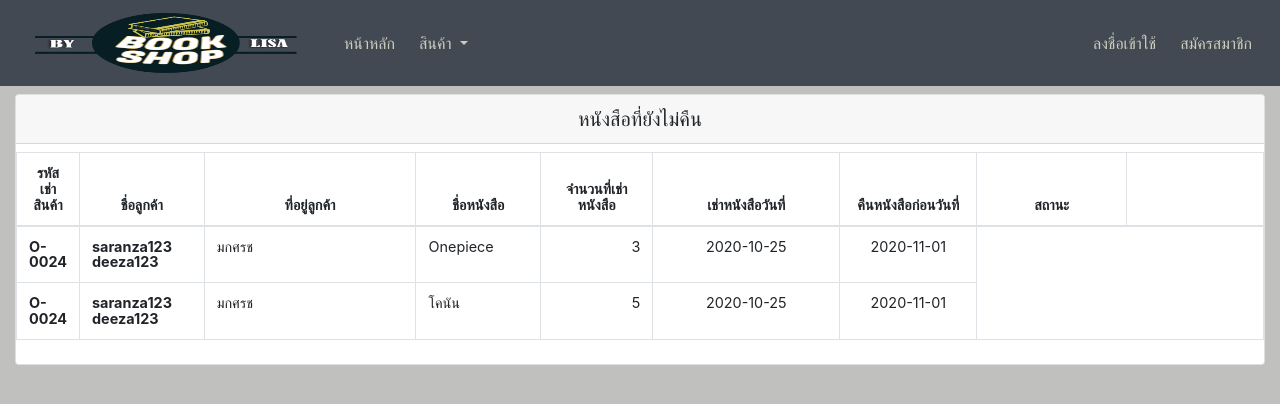
Repository: peawza/shopbook
Page: http://localhost/returnproduct.php?Order_id=24
The author's editor kept a copy of each file at every save. The page is drawn from the files as they stood at one save, then again after the next save.
The browser window is 1280 px wide. The pictures show the whole page.
The page is run by PHP 8.4 with error messages shown; the project is at /var/www/html/. Other server files are loaded and not shown. The database holds what the project's SQL file puts in it.

Above is the page before, as saved 2020-10-01 11:18:29.

### returnproduct.php
<!DOCTYPE html>
<html lang="en">

<head>
    <meta charset="UTF-8">
    <meta name="viewport" content="width=device-width, initial-scale=1.0">
    <title>Document</title>
    <?php
    require_once('php/condbbook.php');
    include('include\importcss.php');
    include('include\navber.php');
    //echo '<pre>';
    //print_r($_SESSION);
    //$_SESSION['ses_php_var'] = $_GET['sendVal'];
    //$_SESSION['ses_php_var'] = $_POST['sendVal'];
    //$_SESSION['Typeid'] = $_POST['Typeid'];
    //print_r($_POST);
    //print_r($_GET);
    //echo '<pre>';

    ?>
</head>

<body>
    <div class="container-fluid py-2">
        <div class="card ">
            <h5 class="card-header text-center">หนังสือที่ยังไม่คืน</h5>

            <div class="py-2">
                <table class="table table-bordered table-responsive-sm">
                    <thead>
                        <tr>
                            <th width="5%" class="text-center">รหัสเช่าสินค้า</th>
                            <th width="10%" class="text-center">ชื่อลูกค้า</th>
                            <th width="17%" class="text-center">ที่อยู่ลูกค้า</th>
                            <th width="10%" class="text-center">ชื่อหนังสือ</th>
                            <th width="9%" class="text-center">จำนวนที่เช่าหนังสือ</th>
                            <th width="15%" class="text-center">เช่าหนังสือวันที่</th>
                            <th width="11%" class="text-center">คืนหนังสือก่อนวันที่</th>
                            <th width="12%" class="text-center">สถานะ</th>
                            <th width="12%" class="text-center"></th>

                        </tr>
                    </thead>
                    <tbody>
                        <?php
                        /*
                    [0] => 1
                    [orders_id] => 1
                    [1] => 4
                    [User_ID] => 4
                    [2] => ฟหดกหฟดกหฟด
                    [Order_addressuser] => ฟหดกหฟดกหฟด
                    [3] => 2464
                    [orders_renttotal] => 2464
                    [4] => 0
                    [orders_returntotal] => 0
                    [5] => 2464
                    [orders_sumtotal] => 2464
                    [6] => 0
                    [orders_iscomplete] => 0
                    [7] => 4
                    [8] => user
                    [User_Username] => user
                    [9] => $2y$10$fB6aRvLojb8vG3ukgnwcle6rynH6hiaSNAOSCfskrj2DL4A6y8HM6
                    [User_Password] => $2y$10$fB6aRvLojb8vG3ukgnwcle6rynH6hiaSNAOSCfskrj2DL4A6y8HM6
                    [10] => ศุภชัย
                    [User_Firstname] => ศุภชัย
                    [11] => แจ้งอรุณ
                    [User_Lastname] => แจ้งอรุณ
                    [12] => 0970562607
                    [User_Telephonenumber] => 0970562607
                    [13] => agileza_555@hotmail.com
                    [User_Email] => agileza_555@hotmail.com
                    [14] => 9091310863447.jpg
                    [User_Photo] => 9091310863447.jpg
                    [15] => 2020-09-26
                    [User_Createdate] => 2020-09-26
                    [16] => admin
                    [User_Type] => admin
                    [17] => 1
                    [orderrent_id] => 1
                    [18] => 4
                    [orderrent_productid] => 4
                    [19] => 1
                    [orderrent_amount] => 1
                    [20] => 1232
                    [orderrent_totalprice] => 1232
                    [21] => 2020-09-30
                    [orderrent_rentdate] => 2020-09-30
                    [22] => 2020-10-20
                    [orderrent_returndate] => 2020-10-20
                    [23] => 0
                    [orderrent_status] => 0
                    [24] => 4
                    [Product_ID] => 4
                    [25] => 3
                    [Type_ID] => 3
                    [26] => sadsazzz
                    [Product_Name] => sadsazzz
                    [27] => asdasd
                    [Product_Details] => asdasd
                    [28] => 1232
                    [Product_Price] => 1232
                    [29] => 113
                    [Product_Balance] => 113
                    [30] => 2
                    [Product_rentday] => 2
                    [31] => 9091656962219.png
                    [Product_Photo] => 9091656962219.png
                    [32] => 2020-09-30
                    [Product_datesave] => 2020-09-30

                        */
                        if (isset($_GET['Order_id'])) {
                            $orderid = $_GET['Order_id'];
                            $selectproduct = "SELECT * FROM `orders`,`user`,`orderrent`,`product` WHERE `user`.`User_ID`=`orders`.`User_ID`AND`orders`.`orders_id`= `orderrent`.`orderrent_id`AND `product`.`Product_ID`=`orderrent`.`orderrent_productid` AND`orderrent`.`orderrent_id`= '" . $orderid . "'";
                            $resulproduct = mysqli_query($conn, $selectproduct);
                            while ($rowproduct = mysqli_fetch_array($resulproduct)) {
                                if ($rowproduct['orderrent_status'] == 0) {
                                    # code...


                        ?>

                        <tr>
                            <th><?php
                                            $code = sprintf('O-%04d', $rowproduct['orders_id']);
                                            echo $code ?>
                            </th>
                            <th><?php echo $rowproduct["User_Firstname"] . ' ' . $rowproduct['User_Lastname'] ?>
                            </th>
                            <td><?php echo $rowproduct["Order_addressuser"]  ?></td>
                            <td><?php echo $rowproduct["Product_Name"]  ?></td>
                            <td class="text-right"><?php echo $rowproduct["orderrent_amount"]  ?> </td>
                            <td class="text-center"><?php echo $rowproduct["orderrent_rentdate"]  ?></td>
                            <td class="text-center"><?php echo $rowproduct["orderrent_returndate"]  ?></td>
                        </tr>



                        <?php
                                }
                                //echo '<pre>';
                                //print_r($rowproduct);
                                //echo '<pre>';
                            }
                        } else {


                            echo 'null';
                        }


                        ?>
                    </tbody>
                    </thead>
                </table>
            </div>
        </div>
    </div>










</body>
<?php
include('include\importjavascript.php');
?>

</html>

### php/condbbook.php
<?php
session_start();
$conn = new mysqli('localhost', 'root', '1234', 'shopbook');
$conn->set_charset("utf8");
//$conn->query('set name utf8');
//echo $conn->connect_error;
if ($conn->connect_errno) {
    die("conmection Failed" . $conn->connect_error);
} /*else {
    die("OK Database");
}*/

//$conndata = new mysqli('localhost', 'root', '1234', 'shop');

### include/importcss.php
<link rel="stylesheet" href="node_modules/bootstrap/dist/css/bootstrap.min.css"> <!-- link เลือก css-->
<link rel="stylesheet" href="node_modules/font-awesome5/css/fontawesome-all.css">
<link rel="stylesheet" href="include/CSS/styles.css?v=<?php echo filemtime('include/CSS/styles.css'); ?>"
    type=" text/css">

<script src="https://www.google.com/recaptcha/api.js"></script>

<script src="https://ajax.googleapis.com/ajax/libs/jquery/2.2.0/jquery.min.js"></script>

<script src="https://maxcdn.bootstrapcdn.com/bootstrap/3.3.6/js/bootstrap.min.js"></script>

### include/importjavascript.php
<script src="node_modules/jquery/dist/jquery.min.js"></script> <!-- sc เลือก src -->
<script src="node_modules/popper.js/dist/umd/popper.min.js"></script>
<script src="node_modules/bootstrap/dist/js/bootstrap.min.js"></script>
<script src="node_modules/jquery-validation/dist/jquery.validate.min.js"></script>
<script src="include/JS/script.js?v=<?php echo filemtime('include/JS/script.js') ?>"></script>

### DB/shopbook.sql (the tables this page reads)
CREATE TABLE `orderrent` (
  `orderrent_id` int(11) NOT NULL,
  `orderrent_productid` int(11) NOT NULL,
  `orderrent_amount` int(11) NOT NULL,
  `orderrent_totalprice` int(11) NOT NULL,
  `orderrent_rentdate` date NOT NULL,
  `orderrent_returndate` date NOT NULL,
  `orderrent_status` int(11) NOT NULL
) ENGINE=InnoDB DEFAULT CHARSET=utf8mb4 COLLATE=utf8mb4_bin;

INSERT INTO `orderrent` (`orderrent_id`, `orderrent_productid`, `orderrent_amount`, `orderrent_totalprice`, `orderrent_rentdate`, `orderrent_returndate`, `orderrent_status`) VALUES
(21, 12, 1, 50, '2020-10-23', '2020-10-30', 1),
(21, 13, 1, 50, '2020-10-23', '2020-10-30', 1),
(21, 15, 1, 45, '2020-10-23', '2020-10-30', 1),
(21, 20, 1, 100, '2020-10-23', '2020-10-30', 1),
(22, 4, 3, 300, '2020-10-23', '2020-10-30', 1),
(23, 13, 1, 50, '2020-10-23', '2020-10-30', 1),
(24, 7, 3, 150, '2020-10-25', '2020-11-01', 0),
(24, 24, 5, 175, '2020-10-25', '2020-11-01', 0),
(25, 8, 10, 500, '2020-10-25', '2020-11-01', 1),
(26, 8, 10, 500, '2020-10-25', '2020-11-01', 1),
(27, 15, 40, 1800, '2020-10-25', '2020-11-01', 1),
(28, 4, 10, 1000, '2020-10-25', '2020-11-01', 1),
(29, 12, 1, 50, '2020-10-25', '2020-11-01', 1),
(29, 23, 10, 300, '2020-10-25', '2020-11-01', 1),
(30, 7, 1, 50, '2020-10-25', '2020-11-01', 1),
(30, 24, 1, 35, '2020-10-25', '2020-11-01', 1),
(31, 12, 1, 50, '2020-10-25', '2020-11-01', 1),
(31, 24, 1, 35, '2020-10-25', '2020-11-01', 1),
(31, 42, 1, 70, '2020-10-25', '2020-11-01', 1),
(32, 23, 1, 30, '2020-10-25', '2020-11-01', 1),
(33, 36, 10, 1000, '2020-10-25', '2020-11-01', 1),
(34, 51, 1, 200, '2020-10-25', '2020-11-04', 1),
(35, 51, 60, 12000, '2020-10-25', '2020-11-04', 1),
(36, 47, 70, 2100, '2020-10-25', '2020-11-01', 0),
(37, 25, 50, 2000, '2020-10-25', '2020-11-01', 0),
(38, 3, 1, 100, '2020-10-27', '2020-11-03', 1),
(39, 16, 1, 75, '2020-10-27', '2020-11-03', 1),
(40, 52, 10, 1000, '2020-10-27', '2020-11-03', 0),
(41, 51, 1, 200, '2020-10-27', '2020-11-06', 0);

ALTER TABLE `orderrent`
  ADD PRIMARY KEY (`orderrent_id`,`orderrent_productid`) USING BTREE,
  ADD KEY `orderrent_productid` (`orderrent_productid`);

ALTER TABLE `orderrent`
  ADD CONSTRAINT `orderrent_ibfk_2` FOREIGN KEY (`orderrent_productid`) REFERENCES `product` (`Product_ID`),
  ADD CONSTRAINT `orderrent_ibfk_3` FOREIGN KEY (`orderrent_id`) REFERENCES `orders` (`orders_id`) ON DELETE CASCADE;

CREATE TABLE `orders` (
  `orders_id` int(11) NOT NULL,
  `User_ID` int(11) NOT NULL,
  `Order_addressuser` text COLLATE utf8mb4_bin NOT NULL,
  `orders_renttotal` float NOT NULL DEFAULT 0,
  `orders_returntotal` float NOT NULL DEFAULT 0,
  `orders_sumtotal` float NOT NULL,
  `orders_iscomplete` int(11) NOT NULL
) ENGINE=InnoDB DEFAULT CHARSET=utf8mb4 COLLATE=utf8mb4_bin;

INSERT INTO `orders` (`orders_id`, `User_ID`, `Order_addressuser`, `orders_renttotal`, `orders_returntotal`, `orders_sumtotal`, `orders_iscomplete`) VALUES
(21, 9, 'ชลบุรี', 245, 0, 245, 2),
(22, 9, '', 300, 0, 300, 2),
(23, 9, '123', 50, 0, 50, 2),
(24, 10, 'มกศรช', 325, 0, 325, 0),
(25, 9, 'sdafffsdfdsafdsagdasgaasdfdsag', 500, 0, 500, 2),
(26, 9, 'หฟกหฟกหฟกหฟกกหฟ', 500, 0, 500, 2),
(27, 9, 'adsdsa', 1800, 1500, 3300, 2),
(28, 9, 'asdasdsa', 1000, 1000, 2000, 2),
(29, 11, 'มกศรช', 350, 0, 350, 2),
(30, 11, 'มกศรช ผฟกหกห', 85, 170, 255, 2),
(31, 11, 'ชลบุรี', 155, 0, 155, 2),
(32, 11, '123132', 30, 0, 30, 2),
(33, 11, '123', 1000, 0, 1000, 2),
(34, 11, '123123\r\n', 200, 0, 200, 2),
(35, 11, '1111\r\n\r\n', 12000, 0, 12000, 2),
(36, 11, 'ชลบุรี', 2100, 0, 2100, 0),
(37, 11, 'ชลบุรี', 2000, 0, 2000, 0),
(38, 9, 'ชลบุรี', 100, 0, 100, 2),
(39, 9, 'มก', 75, 150, 225, 2),
(40, 9, 'มก', 1000, 0, 1000, 0),
(41, 12, 'asd', 200, 0, 200, 0);

ALTER TABLE `orders`
  ADD PRIMARY KEY (`orders_id`),
  ADD KEY `User_ID` (`User_ID`);

ALTER TABLE `orders`
  ADD CONSTRAINT `orders_ibfk_1` FOREIGN KEY (`User_ID`) REFERENCES `user` (`User_ID`);

CREATE TABLE `product` (
  `Product_ID` int(11) NOT NULL,
  `Type_ID` int(11) NOT NULL,
  `Product_Name` text COLLATE utf8mb4_bin NOT NULL,
  `Product_Details` text COLLATE utf8mb4_bin NOT NULL,
  `Product_Price` float NOT NULL,
  `product_buy` int(11) DEFAULT NULL,
  `Product_Balance` int(11) NOT NULL,
  `Product_rentday` int(11) NOT NULL,
  `Product_Photo` text COLLATE utf8mb4_bin NOT NULL,
  `Product_datesave` date NOT NULL
) ENGINE=InnoDB DEFAULT CHARSET=utf8mb4 COLLATE=utf8mb4_bin;

INSERT INTO `product` (`Product_ID`, `Type_ID`, `Product_Name`, `Product_Details`, `Product_Price`, `product_buy`, `Product_Balance`, `Product_rentday`, `Product_Photo`, `Product_datesave`) VALUES
(3, 11, 'บุเพสันนิวาส', 'เกศสุรางค์ หญิงสาวร่างอ้วนจำต้องทะลุมิติไปในรัชกาลสมเด็จพระนารายณ์มหาราช ในร่างของแม่หญิงการะเกดผู้แสนร้ายกาจ และได้พบกับผู้คนมากมายทั้ง หมื่นสุนทรเทวา ผู้เป็นคู่หมั้นคู่หมายของการะเกด ออกญาโหราธิบดี ราชครูของพระนารายณ์ แม่มะลิ บุตรสาวของแขกฟานิกลูกครึ่งญี่ปุ่น โปรตุเกส และผู้คนอีกมากมาย', 100, 200, 10, 7, '9102909146241.jpg', '2020-10-23'),
(4, 11, 'ปริศนามหาเวทย์', 'ปริศนามหาเวทย์', 100, 200, 5, 7, '9102908113900.gif', '2020-10-20'),
(5, 11, 'Sea Witch', 'Sea Witch', 100, 200, 10, 7, '9102908766196.jpg', '2020-10-20'),
(7, 10, 'Onepiece', 'เป็นเรื่องราวในยุคทองของโจรสลัด โจรสลัดทุกคนมีเป้าหมายเดียวกันคือเพื่อค้นหา สมบัติที่เรียกว่า \"วันพีช\" ซึ่งผู้ใดสามารถค้นหาและครอบครองวันพีชอยู่ ผู้นั้นก็คือเจ้าแห่งโจรสลัด(ราชาโจรสลัด) โดยผู้ที่เคยครอบครองวันพีชนั้นมีอยู่คนเดียวตามที่เปิดเผยคือ เจ้าแห่งโจรสลัด โกลด์ ดี โรเจอร์ ซึ่งหลังจากที่ ได้ครอบครองวันพีซแล้ว โกลด์ ดี โรเจอร์ก็ได้มอบตัว และยอมรับโทษการประหารชีวิตที่เกาะโร๊คบ้านเกิดของตนนั่นเอง และก่อนตายโกลด์ ดี โรเจอร์ ได้ทิ้งคำพูดก่อนตายที่เปลี่ยนยุคสมัยของโจรสลัดว่า \"สมบัติของฉันหรอ อยากได้ก็เอาไปซิ ไปหาเอาเลย ฉันเอาทุกอย่างบนโลกไปไว้ที่นั่นหมดแล้ว\" แล้วเหล่า โจรสลัดทั้งหลายจึงมุ่งหน้าสู้แกรนด์ไลน์เพื่อตามหาวันพีซ', 50, 100, 6, 7, '9102907166680.jpg', '2020-10-23'),
(8, 10, 'Naruto', 'นารูโตะเป็นกำพร้าและไม่มีพี่น้อง เติบโตขึ้นโดยไม่รู้ว่าตนเองมีจิ้งจอกเก้าหางอยู่ภาย ในร่างกาย หลังจากสำเร็จการศึกษาเป็นนินจาชั้น เกะนิน (นินจาระดับล่าง) และปฏิบัติหน้าที่ภายใต้การควบคุมของ ฮาตาเกะ คาคาชิ ซึ่งเป็น โจนิน (นินจาระดับสูง) ฉายา ก๊อบปี้นินจา โดยมีสมาชิกร่วมทีมอีกสองคน คือ อุจิวะ ซาสึเกะ และ ฮารุโนะ ซากุระ', 50, 100, 10, 7, '9102907412301.jpg', '2020-10-23'),
(12, 10, 'Fairytail', 'นัตสึ ดรากูนีล\"ดราก้อนสเลเยอร์ไฟ ได้ออกเดินทางเพื่อตามหาอิกนิลหรือมังกรที่เปรียบเสมือนพ่อของนัตสึ ไปกับแมวบินได้และพูดได้ ชื่อ แฮปปี้ โดยระหว่างทางได้พบกับ\"ลูซี่ ฮาร์ทฟิเลีย\"สาวน้อยผู้อัญเชิญเทพแห่งดวงดาวและได้ตกลงเป็นเพื่อนกันเพราะลูซี่นั้นอยากเข้ากิลด์แฟรี่เทล', 50, 100, 10, 7, '9102906035329.png', '2020-10-23'),
(13, 13, 'Time', 'นิตยสาร TIME', 50, 150, 4, 7, '9104350156863.jpg', '2020-10-23'),
(14, 12, '51 คำถาามเพิ่มความรู้เรื่องอาชีพ', 'รวมประเด็นน่าสนใจเกี่ยวกับอาชีพ', 100, 150, 10, 7, '9104350802507.jpg', '2020-10-23'),
(15, 10, 'Doraemon', 'หุ่นยนเเมวที่ส่งมาช่วย โนบิตะ เพื่อให้อนาคตของเขาเปลื่ยนไป', 45, 75, 29, 7, '9104351707679.png', '2020-10-23'),
(16, 10, '3ก๊ก', 'ตำนานของวีรบุรุษที่จะรวมเเผ่นดินทั้ง3เป็น1', 75, 150, 19, 7, '9104352222267.jpg', '2020-10-23'),
(17, 12, '30 สิ่งมหัศจรรย์ของโลกที่น่ารู้', 'สิ่งมหัศจรรย์ของโลก', 50, 100, 5, 7, '9104352622959.jpg', '2020-10-23'),
(18, 12, 'เกร็ดความรู้เเละภาษาอาเซียน', 'ความรู้เเละภาษาอาเซียน', 80, 150, 9, 7, '9104353026534.jpg', '2020-10-23'),
(19, 13, 'BAZAAR', 'BAZAAR', 50, 190, 10, 7, '9104353499954.jpg', '2020-10-23'),
(20, 12, 'วิทยาศาสตร์ฉลาดรู้เรื่องสมอง', 'วิทยาศาสตรที่เกี่ยวความรู้เรื่องสมอง', 100, 170, 20, 7, '9104353867647.gif', '2020-10-23'),
(21, 11, 'The butterfly tree', 'The butterfly tree', 170, 300, 5, 7, '9104354170879.jpg', '2020-10-23'),
(22, 13, 'CAMPUS', 'CAMPUS', 60, 165, 10, 7, '9104354376857.jpg', '2020-10-23'),
(23, 10, 'ชินจังจอมเเก่น', 'เรื่องราวชินจังที่ต้องทำให้คุณต้องหัวเราะ', 30, 85, 50, 7, '9104354830108.gif', '2020-10-23'),
(24, 10, 'โคนัน', 'นักสืบหนุ่มที่ถูกชายชุดดำจับตัวให้ไปกินยา พอตื่นขึ้นมากลับกายเป็นเด็กอีกครั้ง', 35, 70, 44, 7, '9104355382500.jpg', '2020-10-23'),
(25, 10, 'Dragonball', 'ซุนโกคู ในวัยเด็ก ก็ได้รู้เกี่ยวกับ ดราก้อนบอล จาก บลูม่า ซึ่งกำลังตามหาอยู่ แถมโกคูเองก็มี ดราก้อนบอล4ดาว ซึ่งเป็นของต่างหน้าคุณปู่ ซุนโกฮัง อีกด้วย ก็เลยตัดสินใจไปตามหาดราก้อนบอลด้วยกัน ต่อมาก็ได้ อูลอน มาเป็นพวกช่วยหาด้วย แต่ในระหว่างนั้น ก็มี ยามุชา และ ปูอัล กับ ปิลาฟและพรรคพวก คอยตามหาดราก้อนบอลด้วย', 40, 75, 0, 7, '9104355839451.jpg', '2020-10-23'),
(26, 11, 'ECHOES FROM THE PAST', 'Echoes from the past', 190, 300, 10, 7, '9104356230225.jpg', '2020-10-23'),
(27, 13, 'ELLE', 'ELLE', 30, 90, 10, 6, '9104356389396.webp', '2020-10-23'),
(28, 13, 'FIGARO JAPAN', 'FIGARO JAPAN', 60, 150, 3, 4, '9104356627109.jpg', '2020-10-23'),
(29, 12, 'คว้าเกรด A ง่ายกว่าที่คิด', 'คว้าเกรด A ง่ายกว่าที่คิด', 55, 130, 7, 6, '9104356893659.png', '2020-10-23'),
(30, 11, 'Harry Potter', 'Harry Potter', 160, 300, 30, 7, '9104357146935.jpg', '2020-10-23'),
(31, 13, 'L OFFICIEL', 'L OFFICIEL', 30, 70, 10, 7, '9104357596692.jpg', '2020-10-23'),
(32, 12, 'สนุกกับการค้นหาความรู้ข้างในแผนที่โลก', 'สนุกกับการค้นหาความรู้ข้างในแผนที่โลก', 60, 150, 10, 7, '9104357883099.jpg', '2020-10-23'),
(33, 10, 'My Hero Academia', 'ว่าด้วยเรื่องราวในอนาคต เมื่อพลังพิเศษได้ถูกทยอยค้นพบทั่วทุกมุมโลก จนกลายเป็นเรื่องปกติของคนเจนเนอเรชั่นใหม่ ที่ล้วนเป็นผู้มี “อัตลักษณ์” (พลังพิเศษเฉพาะตัว) สังคมยอดมนุษย์จึงได้เริ่มขึ้น ขณะเดียวกันความวุ่นวายจากผู้ใช้พลังพิเศษในทางที่ผิด ก็ยกระดับความรุนแรง ประเทศจึงได้ร่างกฏหมายต่อต้านความรุนแรง โดยให้เหล่าผู้กล้าคอยปราบปรามเหล่าวายร้าย ', 40, 75, 40, 7, '9104359185860.jpg', '2020-10-23'),
(34, 13, 'OK MAGAZINE', 'OK MAGAZINE', 30, 90, 10, 7, '9104359398955.jpg', '2020-10-23'),
(35, 10, 'Pinocchio', 'Pinocchio', 100, 200, 5, 7, '9104359601161.jpg', '2020-10-23'),
(36, 11, 'บ้านทรายทอง', 'บ้านทรายทอง', 100, 250, 10, 7, '9104359808705.jpg', '2020-10-23'),
(37, 12, 'เอาชีวิครอดบนเกาะร้าง', 'เอาชีวิครอดบนเกาะร้าง', 80, 135, 5, 7, '9104360075753.webp', '2020-10-23'),
(38, 13, 'VOGUE', 'VOGUE', 30, 75, 10, 7, '9104360487722.jpg', '2020-10-23'),
(39, 11, 'Twilight', 'Twilight', 240, 300, 20, 7, '9104361247095.jpg', '2020-10-23'),
(40, 11, 'The darkness of light', 'The darkness of light', 150, 250, 6, 7, '9104361459702.jpg', '2020-10-23'),
(41, 12, 'เพศศึกษาที่เราอยากรู้', 'เพศศึกษาที่เราอยากรู้', 60, 150, 10, 7, '9104361760502.jpg', '2020-10-23'),
(42, 10, 'Sailormoon', 'Sailormoon', 70, 125, 50, 7, '9104361988958.png', '2020-10-23'),
(43, 11, 'RISEN', 'RISEN', 150, 350, 10, 7, '9104362289392.jpg', '2020-10-23'),
(44, 11, 'REALM OF RUINS', 'REALM OF RUINS', 180, 300, 4, 7, '9104362809007.jpg', '2020-10-23'),
(45, 10, 'สโนว์ไวท์', 'สโนว์ไวท์', 100, 200, 7, 5, '9104367662917.jpg', '2020-10-23'),
(46, 10, 'อลิซ ท่องเเดนมหัศจรรย์', 'อลิซ ท่องเเดนมหัศจรรย์', 40, 150, 5, 7, '9104367935394.jpg', '2020-10-23'),
(47, 10, 'Bleach', 'Bleach', 30, 75, 0, 7, '9104368159565.jpg', '2020-10-23'),
(48, 10, 'Lion King', 'Lion King', 70, 150, 2, 3, '9104368352654.jpg', '2020-10-23'),
(49, 12, 'รัชการที่ 9', 'ประวัติศาสตร์ของในหลวงรัชกาลที่ 9', 50, 150, 10, 7, '9104368788022.jpg', '2020-10-23'),
(51, 13, 'qweqwe', 'ssadzxc', 200, 500, 69, 10, '9105550929723.png', '2020-10-26'),
(52, 15, 'เลข', 'หนังสือเลข', 100, 200, 40, 7, '9106337351482.jpg', '2020-10-27');

ALTER TABLE `product`
  ADD PRIMARY KEY (`Product_ID`),
  ADD KEY `Type_ID` (`Type_ID`);

ALTER TABLE `product`
  MODIFY `Product_ID` int(11) NOT NULL AUTO_INCREMENT, AUTO_INCREMENT=53;

ALTER TABLE `product`
  ADD CONSTRAINT `product_ibfk_1` FOREIGN KEY (`Type_ID`) REFERENCES `producttype` (`Type_ID`);

CREATE TABLE `producttype` (
  `Type_ID` int(11) NOT NULL,
  `Type_Name` text COLLATE utf8mb4_bin NOT NULL
) ENGINE=InnoDB DEFAULT CHARSET=utf8mb4 COLLATE=utf8mb4_bin;

INSERT INTO `producttype` (`Type_ID`, `Type_Name`) VALUES
(10, 'หนังสือการ์ตูน'),
(11, 'หนังสือนิยาย'),
(12, 'หนังสือให้ความรู้'),
(13, 'นิตยสาร'),
(14, 'หนังสืออ้างอิง'),
(15, 'หนังสือเรียน');

ALTER TABLE `producttype`
  ADD PRIMARY KEY (`Type_ID`);

ALTER TABLE `producttype`
  MODIFY `Type_ID` int(11) NOT NULL AUTO_INCREMENT, AUTO_INCREMENT=16;

CREATE TABLE `user` (
  `User_ID` int(11) NOT NULL,
  `User_Username` varchar(30) COLLATE utf8mb4_bin NOT NULL,
  `User_Password` varchar(255) COLLATE utf8mb4_bin NOT NULL,
  `User_Firstname` varchar(60) COLLATE utf8mb4_bin NOT NULL,
  `User_Lastname` varchar(60) COLLATE utf8mb4_bin NOT NULL,
  `User_Telephonenumber` varchar(20) COLLATE utf8mb4_bin NOT NULL,
  `User_Email` varchar(100) COLLATE utf8mb4_bin NOT NULL,
  `User_Photo` text COLLATE utf8mb4_bin NOT NULL,
  `User_Createdate` date NOT NULL,
  `User_Type` text COLLATE utf8mb4_bin NOT NULL
) ENGINE=InnoDB DEFAULT CHARSET=utf8mb4 COLLATE=utf8mb4_bin;

INSERT INTO `user` (`User_ID`, `User_Username`, `User_Password`, `User_Firstname`, `User_Lastname`, `User_Telephonenumber`, `User_Email`, `User_Photo`, `User_Createdate`, `User_Type`) VALUES
(4, 'admin', '$2y$10$SY4xbwIYnzlGXMpgdZHyf.LPEcYFIsZqluIzuCwKXBq3M3BeEG5Ay', 'saran', 'Deesubin', '0000000001', 'saran.de@ku.th', '9102901537951.png', '2020-09-26', 'admin'),
(9, 'ford', '$2y$10$PMdn09lEjbW1HXQUbcYTxuSygozJvQIxKzWmVceRwvZWU79uc0co2', 'sarann', 'dee', '0983575083', 'fordza1231230@gmail.com', 'profile.png', '2020-10-20', 'admin'),
(10, 'saran', '$2y$10$xXmyvxu.6Nv/xL8ooPsf6uwzp2iGCALRMP7ofoMnBqTHUTzz8pFlC', 'saranza123', 'deeza123', '0123456798', 'ford555@gmail.com', '9105289098934.png', '2020-10-25', 'user'),
(11, 'fordza', '$2y$10$VorVYHQiu9vKXUfmvjVqq.bxwNfPxcRe67GpKwcaU8LfqKm04ecPO', 'fordford', 'zazaza', '0147258369', 'zaza@gmail.com', '9105549518927.jpg', '2020-10-25', 'admin'),
(12, 'asdasd', '$2y$10$F8XcUHvSW4NBR.UZKQddSOY8g.F2t0/vdqPHFuTDspI6tqRk0ydZm', 'asdasd', 'asdasd', '0147258147', 'asd@gmail.com', 'profile.png', '2020-10-27', 'user'),
(13, 'user', '$2y$10$Pw1k2zepH2brdS54XpYJIOsdyI/SlskWDDMMcrrCiCg8F/51VUKwm', 'ศุภชัย', 'แจ้งอรุณ', '0970562607', 'agileza_555@hotmail.com', 'profile.png', '2020-10-29', 'admin'),
(14, 'user2', '$2y$10$Bdcw55H//GAhyWCmsa4CHeFME8wXIUPC1HxJAkJOYH/9U5/u14Ix.', 'ศุภชัย', 'แจ้งอรุณ', '0970562607', 'agileza_555@hotmail.com', 'profile.png', '2020-10-29', 'user');

ALTER TABLE `user`
  ADD PRIMARY KEY (`User_ID`);

ALTER TABLE `user`
  MODIFY `User_ID` int(11) NOT NULL AUTO_INCREMENT, AUTO_INCREMENT=15;

Loaded but not shown: include/JS/script.js (557 lines, source omitted); include/navber.php (209 lines, source omitted); include/CSS/styles.css (248 lines, source omitted)

After the next save:
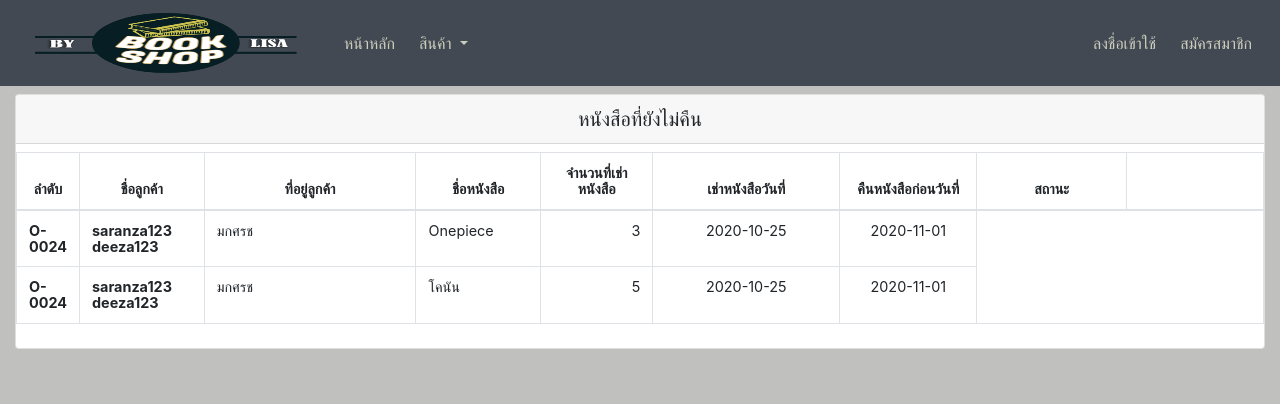
Saved 77 s later.
--- a/returnproduct.php
+++ b/returnproduct.php
@@ -30,7 +30,7 @@
                 <table class="table table-bordered table-responsive-sm">
                     <thead>
                         <tr>
-                            <th width="5%" class="text-center">รหัสเช่าสินค้า</th>
+                            <th width="5%" class="text-center">ลำดับ</th>
                             <th width="10%" class="text-center">ชื่อลูกค้า</th>
                             <th width="17%" class="text-center">ที่อยู่ลูกค้า</th>
                             <th width="10%" class="text-center">ชื่อหนังสือ</th>
